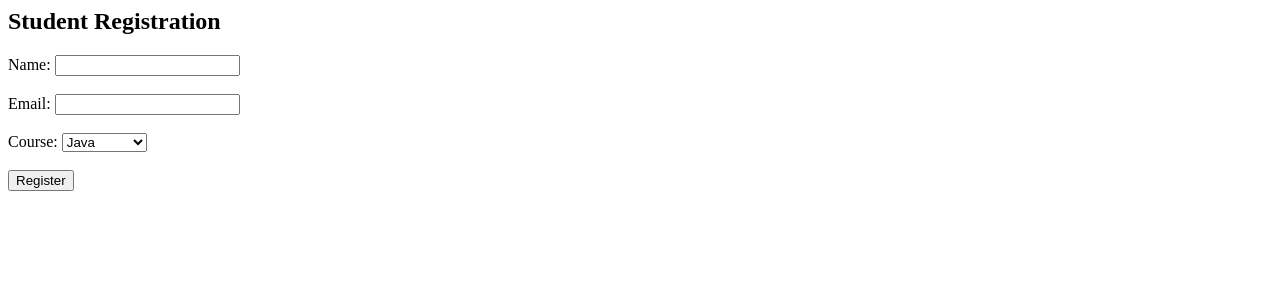
Repository: anik3395/JavaServletProjects
Page: http://localhost/StudentRegistrationSystem/register
An editor plug-in stored every save of this project. The page is shown before and after the next save, followed by the edit.
The browser window is 1280 px wide. The pictures show the whole page.
The page is served by Tomcat 9.

Above is the page before, as saved 2024-10-22 13:58:53.

After the next save:
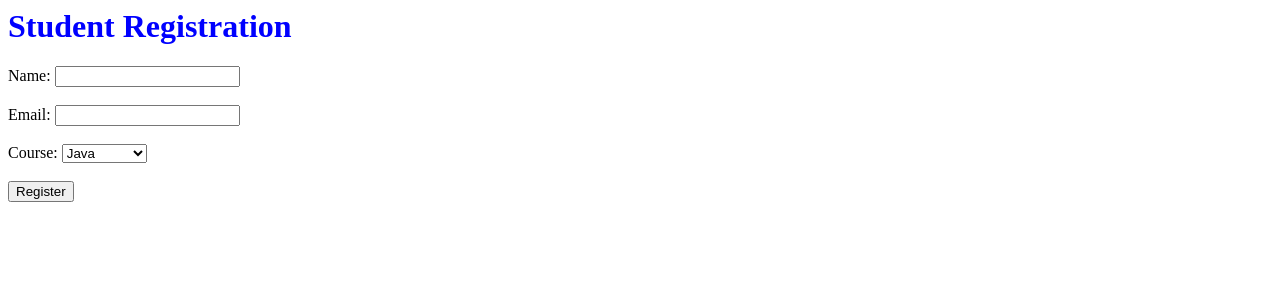
Saved 109 s later.
--- a/eclipse-workspace/StudentRegistrationSystem/src/main/java/com/anik/StudentServlet.java
+++ b/eclipse-workspace/StudentRegistrationSystem/src/main/java/com/anik/StudentServlet.java
@@ -27,7 +27,7 @@ public class StudentServlet extends HttpServlet {
         // Use PrintWriter to send the registration form as an HTML response
         PrintWriter out = response.getWriter();
         out.println("<html><body>");
-        out.println("<h2>Student Registration</h2>");
+        out.println("<h1 style=\"color:blue;\">Student Registration</h1>");
         out.println("<form action='register' method='post'>");
         out.println("Name: <input type='text' name='name' required><br><br>");
         out.println("Email: <input type='email' name='email' required><br><br>");
